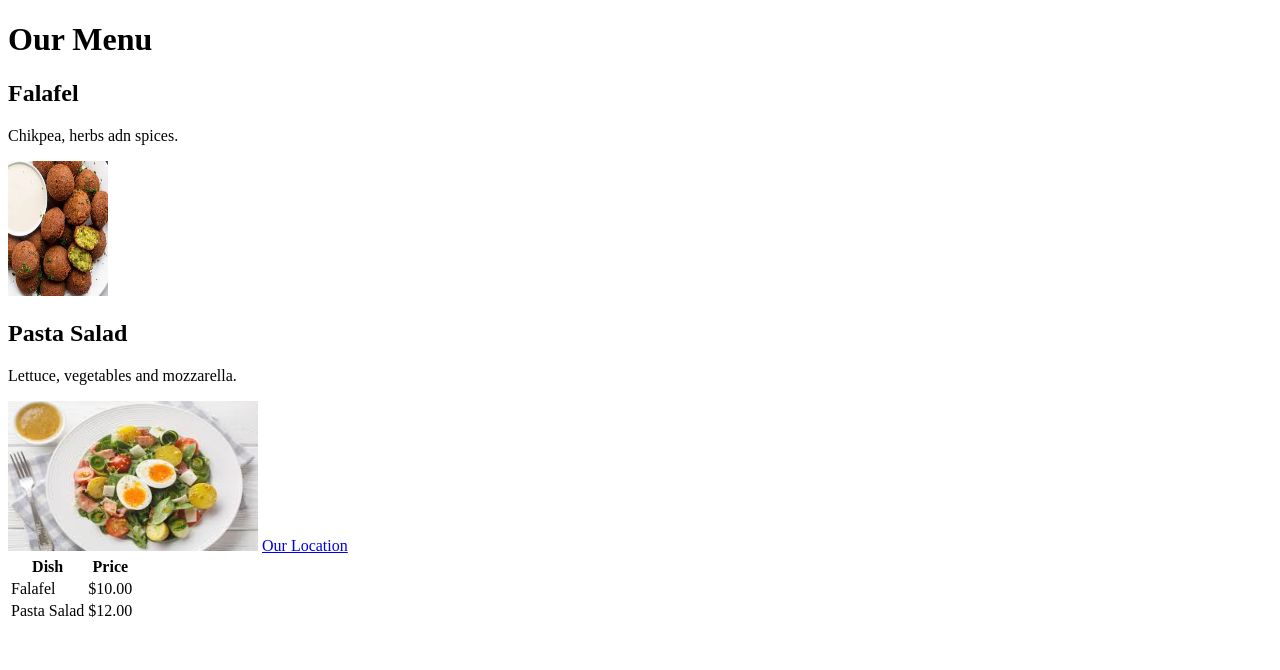
Repository: GiraldoNainggolan/Meta-Coursera
Page: Pengembang Front-End Meta/Modul 2/Mencoba/index.html
These files come from the project's save history. The page is drawn as it stood at one moment and after a run of saves; the edit follows.
The browser window is 1280 px wide. The pictures show the whole page.

Above is the page before, as saved 2025-01-26 07:33:33.

### Pengembang Front-End Meta/Modul 2/Mencoba/index.html
<!DOCTYPE html>
<html>

<head>
    <title> Title Lemon</title>
</head>

<body>
    <h1>Our Menu</h1>
    <h2>Falafel</h2>
    <p>Chikpea, herbs adn spices.</p>
    <img src="falavel.jpg" alt="gambar" width="100px" height="135">
    <h2>Pasta Salad</h2>
    <p>Lettuce, vegetables and mozzarella.</p>
    <img src="salad.jpg" alt="Salad" width="250" height="150">
    <a href="location.html">Our Location</a>
    <style>
        table, th, td {
            border: 1px soild
        }
    </style>
    <table>
        <tr>
            <th>Dish</th>
            <th>Price</th>
        </tr>
        <tr>
            <td>Falafel</td>
            <td>$10.00</td>
        </tr>
        <tr>
            <td>Pasta Salad</td>
            <td>$12.00</td>
        </tr>
    </table>
</body>

</html>

After the next 5 saves:
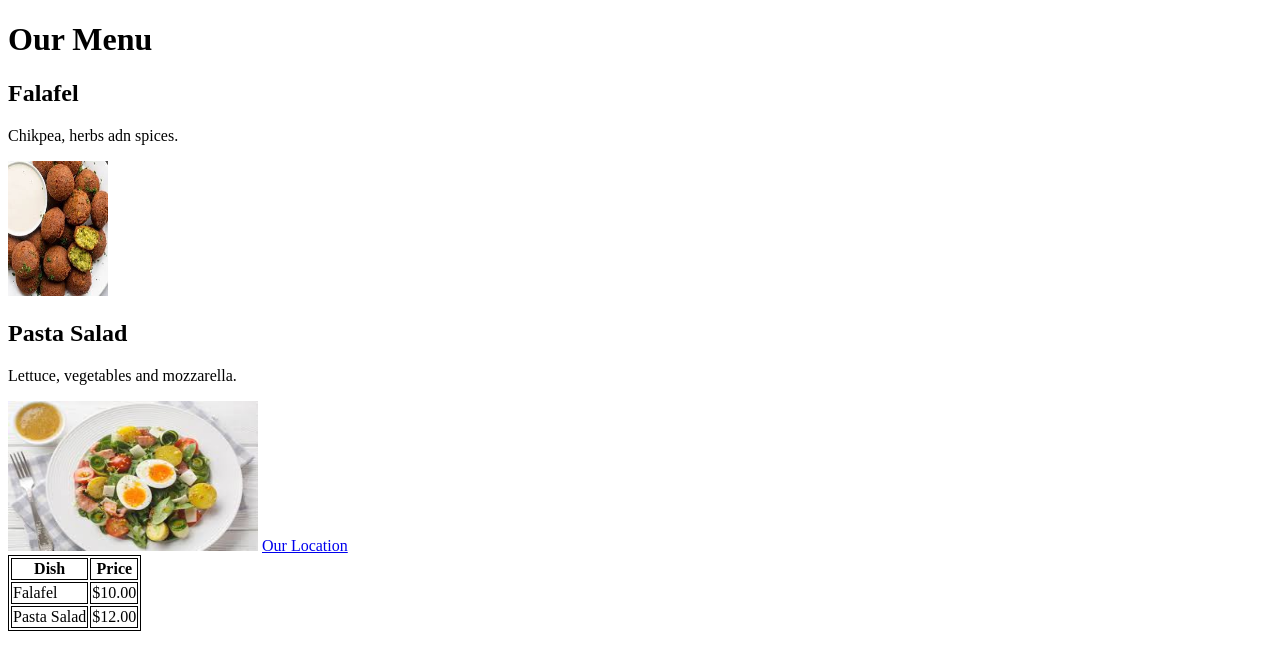
The 5 saves are shown as one change because they came seconds apart.
The last was saved 11 s later.
--- a/Pengembang Front-End Meta/Modul 2/Mencoba/index.html
+++ b/Pengembang Front-End Meta/Modul 2/Mencoba/index.html
@@ -16,7 +16,8 @@
     <a href="location.html">Our Location</a>
     <style>
         table, th, td {
-            border: 1px soild
+            border: 1px solid black;
+            border
         }
     </style>
     <table>
